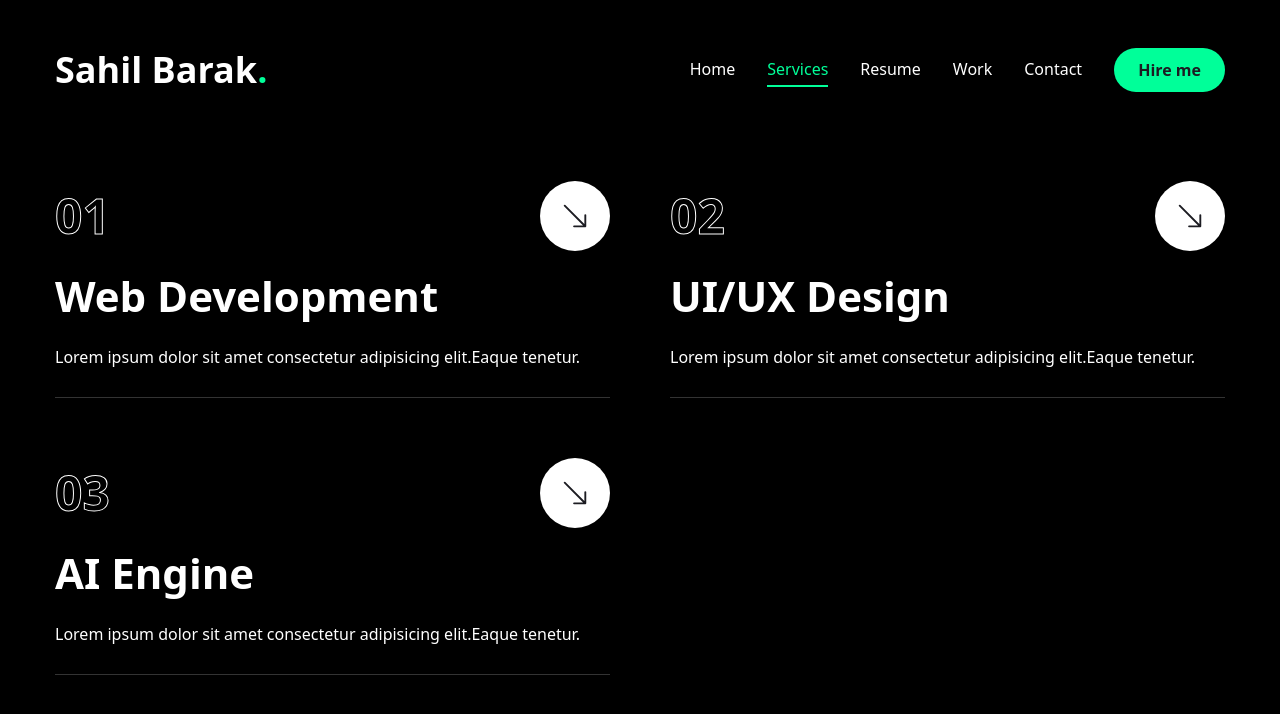
Repository: Moxsahil/My_portfolio
Page: /services (app in sahil-portfolio/)
These files come from the project's save history. The page is drawn as it stood at one moment and after the next save; the edit follows.
The browser window is 1280 px wide. The pictures show the whole page.
The project was rebuilt for these pictures with package versions that can differ from the ones it lists, and the page was loaded fresh each time. The framework's server and built-in components were replaced by stand-ins that run in the browser. Also part of the build but not shown: sahil-portfolio/next.config.mjs.

Above is the page before, as saved 2024-10-04 13:38:25.

After the next save:
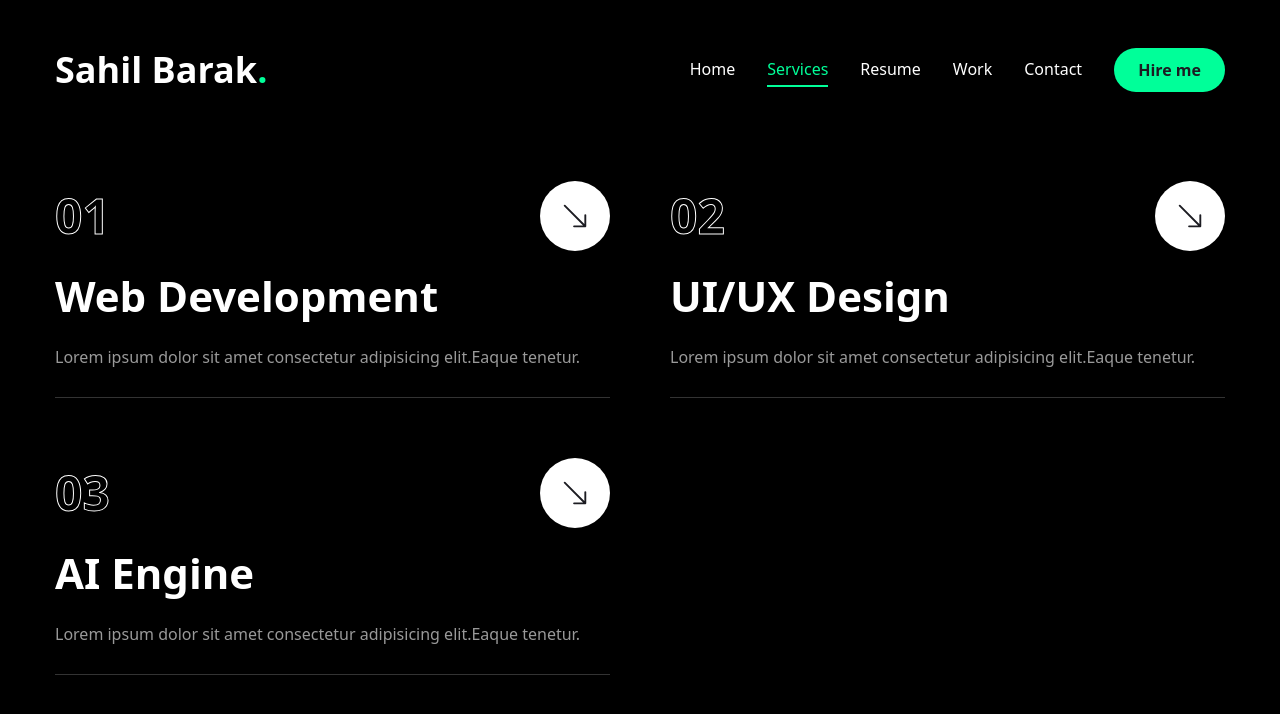
Saved 90 s later.
--- a/sahil-portfolio/app/services/page.jsx
+++ b/sahil-portfolio/app/services/page.jsx
@@ -57,7 +57,7 @@
             {service.title}
             </h2>
           {/* description */}
-          <p>{service.description}</p>
+          <p className="text-white/60">{service.description}</p>
           {/* border */}
           <div className="border-b border-white/20 w-full"></div>
         </div>
